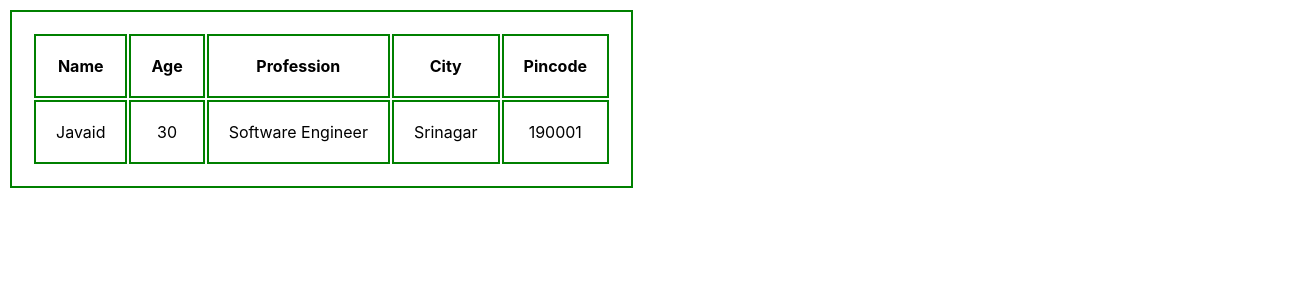
Repository: JavaidAhmadKhan/framer-motion-reacr
Page: /
An editor plug-in stored every save of this project. The page is shown before and after a run of saves, followed by the edit.
The browser window is 1280 px wide. The page is 1280 px wide, then 1290 px, so the pictures cover 1290 px, including what lies to the right of the window. The pictures show the whole page.
The project was rebuilt for these pictures with package versions that can differ from the ones it lists, and the page was loaded fresh each time.

Above is the page before, as saved 2022-05-19 17:51:48.

After the next 2 saves:
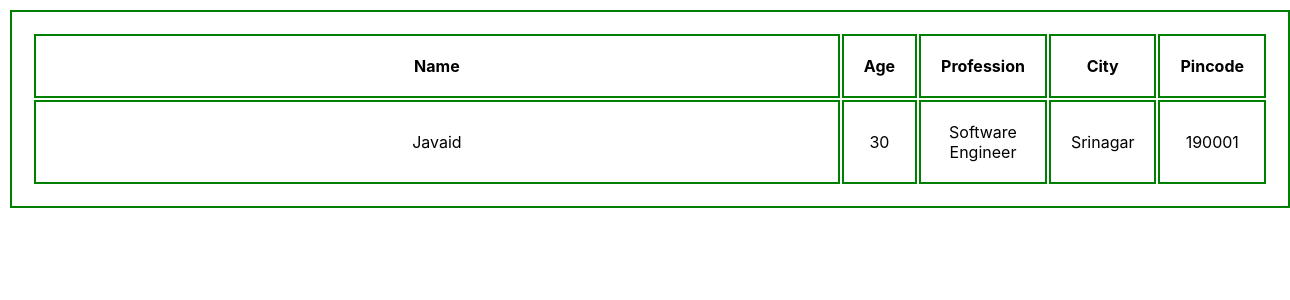
The 2 saves are shown as one change because they came seconds apart.
The last was saved 46 s later.
--- a/src/App.css
+++ b/src/App.css
@@ -1,7 +1,6 @@
-.App {
+* {
   width: 100%;
 }
-
 table,
 th,
 td {
